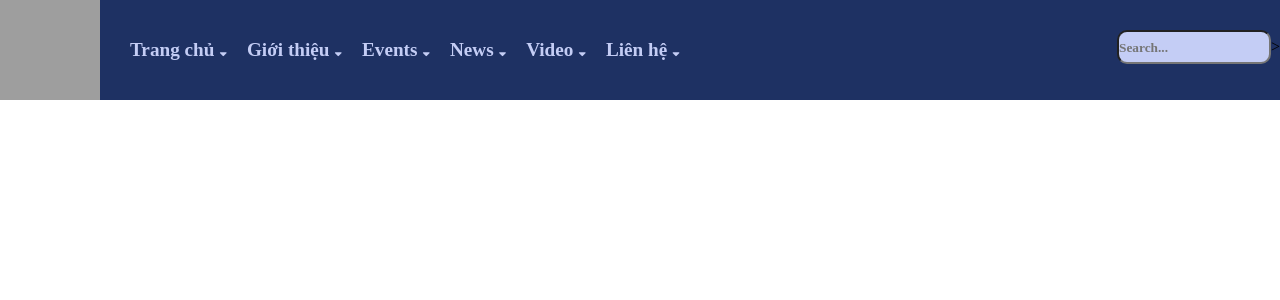
Repository: Luong-tung/newtopics
Page: index2.html
An editor plug-in stored every save of this project. The page is shown before and after the next save, followed by the edit.
The browser window is 1280 px wide. The pictures show the whole page.
Pictures or frames that could not be fetched are drawn as grey boxes. Some web libraries are served in a nearby version.

Above is the page before, as saved 2021-10-07 22:25:12.

After the next save:
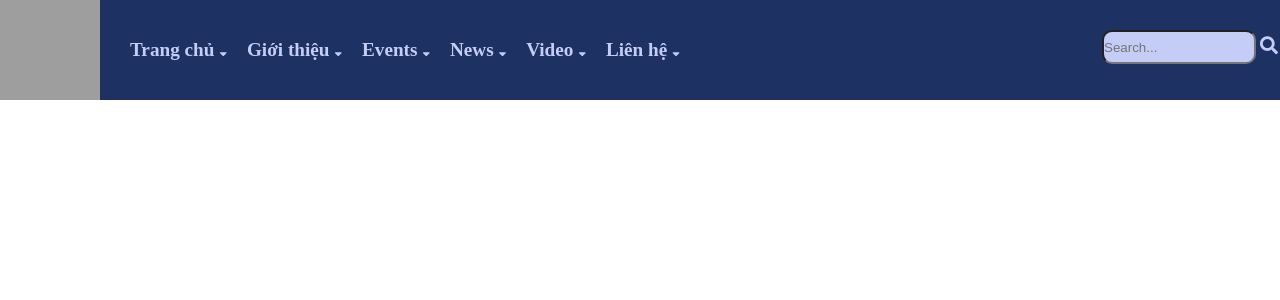
Saved 47 s later.
--- a/index2.html
+++ b/index2.html
@@ -29,7 +29,8 @@
         <div class="search">
             <form>
 
-                <input type="text" name="Search" placeholder="Search..." <i class="fas fa-search"></i>>
+                <input type="text" name="Search" placeholder="Search..." >
+                <i class="fas fa-search"></i>
             </form>
         </div>
 
